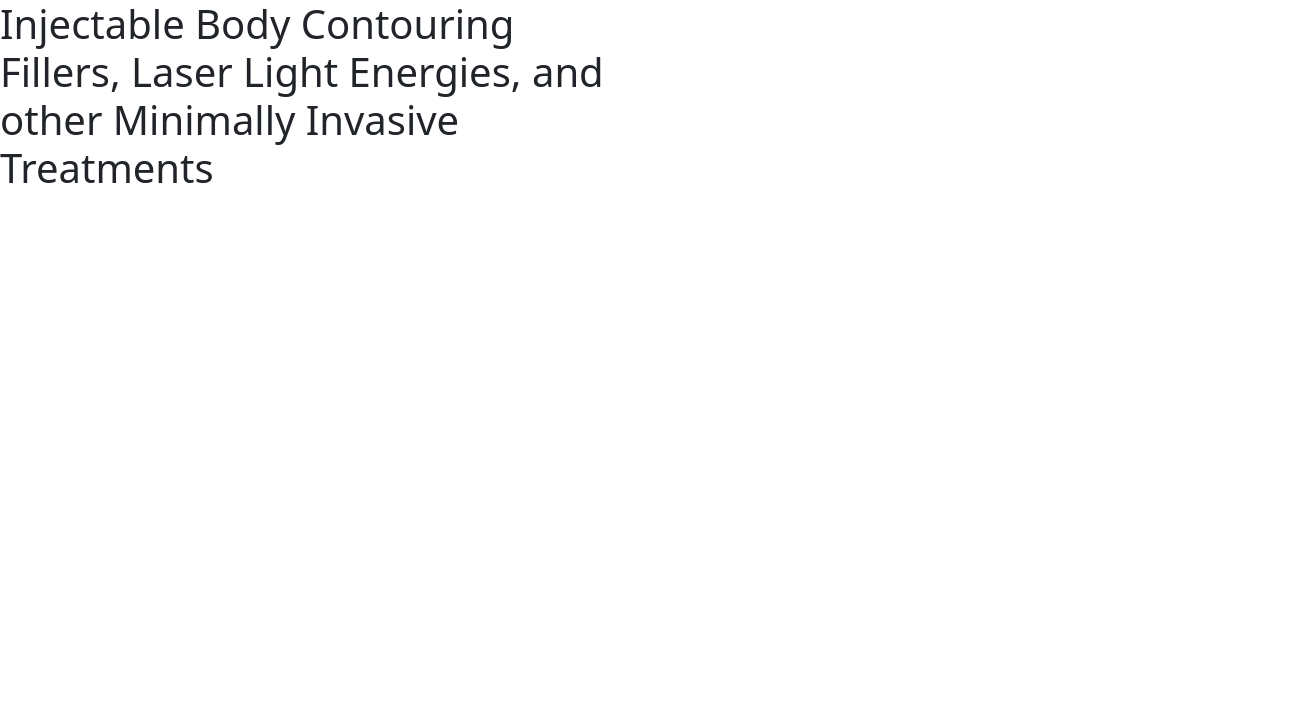
Repository: jorgi710/BODY-CONTOURING-INJECTABLES-AND-ADJUNCT-PROCEDURES
Page: BODY CONTOURING INJECTABLES AND ADJUNCT PROCEDURES/file/public/index.html
The author's editor kept a copy of each file at every save. The page is drawn from the files as they stood at one save, then again after the next save.
The browser window is 1280 px wide. The page is 1292 px wide, so the pictures cover 1292 px, including what lies to the right of the window. The pictures show the whole page.

Above is the page before, as saved 2021-04-07 15:59:16.

### BODY CONTOURING INJECTABLES AND ADJUNCT PROCEDURES/file/public/index.html
<!DOCTYPE html>
<html lang="en">
  <head>
    <meta charset="UTF-8" />
    <meta http-equiv="X-UA-Compatible" content="IE=edge" />
    <meta name="viewport" content="width=device-width, initial-scale=1.0" />
    <title>BODY CONTOURING INJECTABLES AND ADJUNCT PROCEDURES</title>
    <link
      href="https://cdn.jsdelivr.net/npm/bootstrap@5.0.0-beta3/dist/css/bootstrap.min.css"
      rel="stylesheet"
      integrity="sha384-eOJMYsd53ii+scO/bJGFsiCZc+5NDVN2yr8+0RDqr0Ql0h+rP48ckxlpbzKgwra6"
      crossorigin="anonymous"
    />
    <link
      href="https://fonts.googleapis.com/css2?family=Montserrat:wght@400;500;600;700&display=swap"
      rel="stylesheet"
    />
    <link rel="stylesheet" href="css/style.css" />
  </head>
  <body>
    <header></header>
    <main>
      <section class="section_1">
        <div class="row">
          <div class="col-md-6 content_section_1">
            <h1>
              Injectable Body Contouring Fillers, Laser Light Energies, and
              other Minimally Invasive Treatments
            </h1>
          </div>
          <div class="col-md-6"></div>
        </div>
      </section>

      <section class="section_2"></section>
      <section class="section_3"></section>
      <section class="section_4"></section>
      <section class="section_5"></section>
      <section class="section_6"></section>
      <section class="section_7"></section>
      <section class="section_8"></section>
      <section class="section_9"></section>
    </main>
    <footer></footer>
  </body>
</html>

Loaded but not shown: BODY CONTOURING INJECTABLES AND ADJUNCT PROCEDURES/file/public/css/style.css (no stored copy; drawn as an empty file)

After the next save:
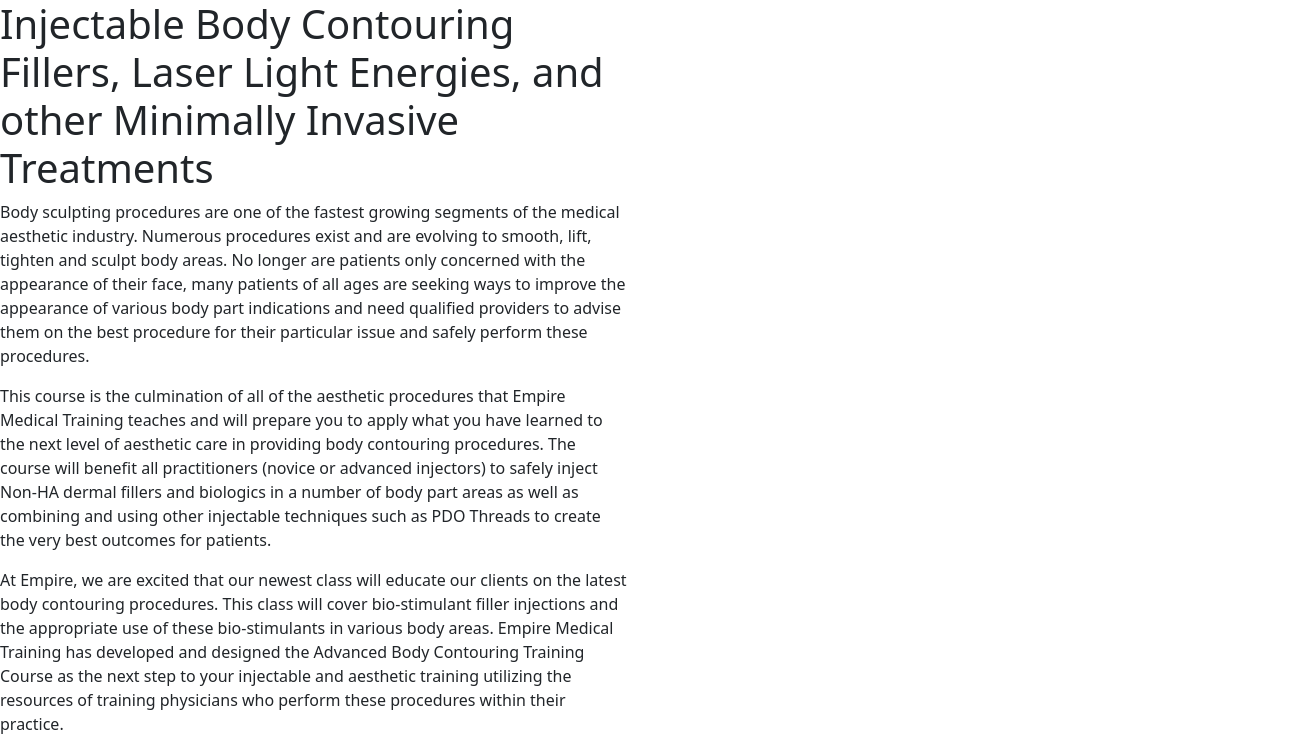
Saved 59 s later.
--- a/BODY CONTOURING INJECTABLES AND ADJUNCT PROCEDURES/file/public/index.html
+++ b/BODY CONTOURING INJECTABLES AND ADJUNCT PROCEDURES/file/public/index.html
@@ -27,6 +27,36 @@
               Injectable Body Contouring Fillers, Laser Light Energies, and
               other Minimally Invasive Treatments
             </h1>
+            <p>
+              Body sculpting procedures are one of the fastest growing segments
+              of the medical aesthetic industry. Numerous procedures exist and
+              are evolving to smooth, lift, tighten and sculpt body areas. No
+              longer are patients only concerned with the appearance of their
+              face, many patients of all ages are seeking ways to improve the
+              appearance of various body part indications and need qualified
+              providers to advise them on the best procedure for their
+              particular issue and safely perform these procedures.
+            </p>
+            <p>
+              This course is the culmination of all of the aesthetic procedures
+              that Empire Medical Training teaches and will prepare you to apply
+              what you have learned to the next level of aesthetic care in
+              providing body contouring procedures. The course will benefit all
+              practitioners (novice or advanced injectors) to safely inject
+              Non-HA dermal fillers and biologics in a number of body part areas
+              as well as combining and using other injectable techniques such as
+              PDO Threads to create the very best outcomes for patients.
+            </p>
+            <p>
+              At Empire, we are excited that our newest class will educate our
+              clients on the latest body contouring procedures. This class will
+              cover bio-stimulant filler injections and the appropriate use of
+              these bio-stimulants in various body areas. Empire Medical
+              Training has developed and designed the Advanced Body Contouring
+              Training Course as the next step to your injectable and aesthetic
+              training utilizing the resources of training physicians who
+              perform these procedures within their practice.
+            </p>
           </div>
           <div class="col-md-6"></div>
         </div>
